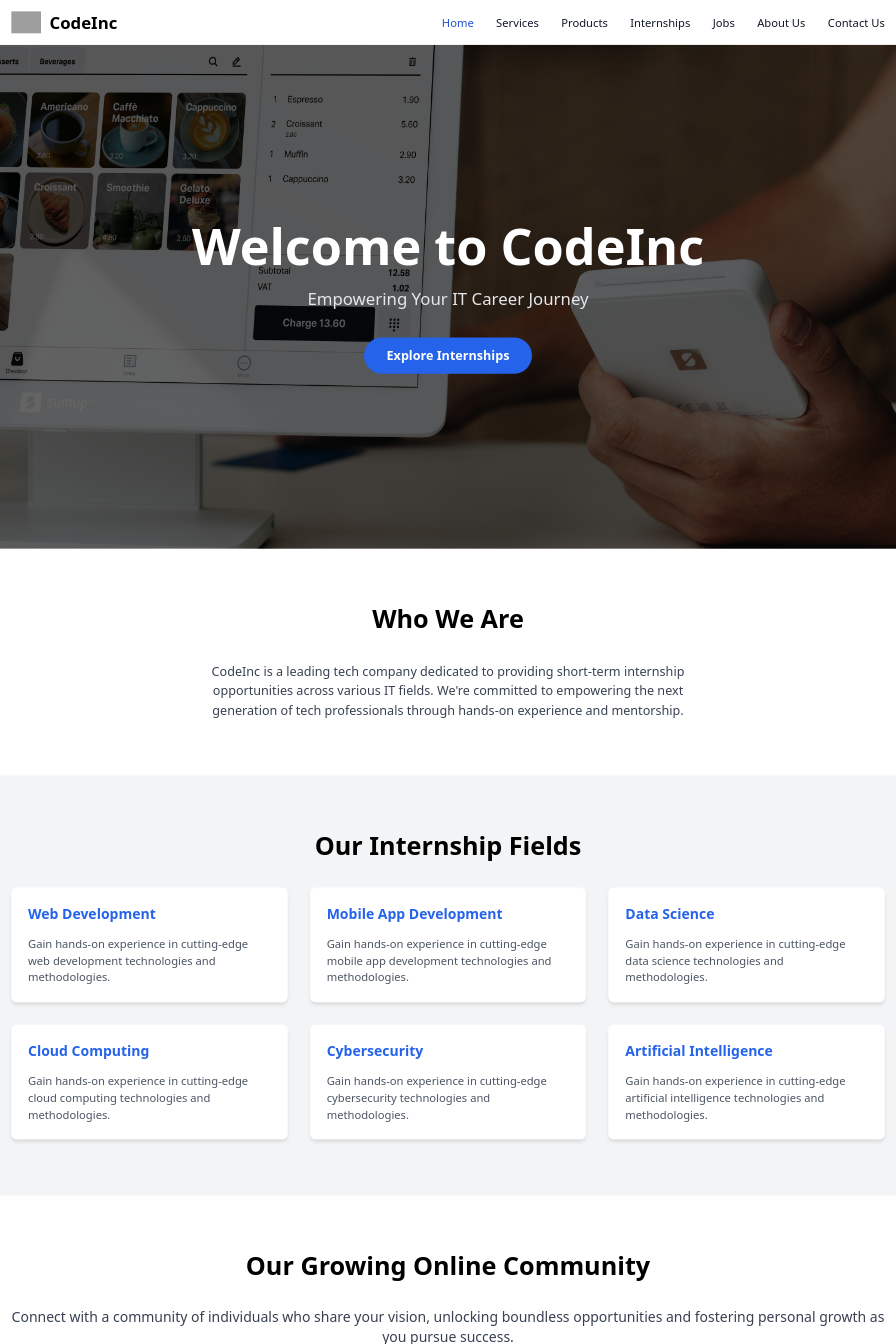
Repository: Charith117/CodeInc-Project
Page: / (app in frontend/)
These files come from the project's save history. The page is drawn as it stood at one moment and after the next save; the edit follows.
The browser window is 1280 px wide. The pictures show the part of the page from y = 0 to 1920 px (the page is 3510 px tall), at 70% of full size.
Pictures or frames that could not be fetched are drawn as grey boxes. The page's requests for data from a server got no answer. The project was rebuilt for these pictures with package versions that can differ from the ones it lists, and the page was loaded fresh each time. No one was signed in, and anything a server would have sent is missing. Also part of the build but not shown: frontend/vite.config.js, frontend/src/pages/Services.jsx, frontend/src/pages/Products.jsx, frontend/src/components/InternShipFieldCard.jsx, frontend/src/pages/Internships.jsx, frontend/src/pages/Jobs.jsx, frontend/src/pages/Verification.jsx, frontend/src/pages/AboutUs.jsx and 1 more.

Above is the page before, as saved 2024-09-15 16:32:20.

After the next save:
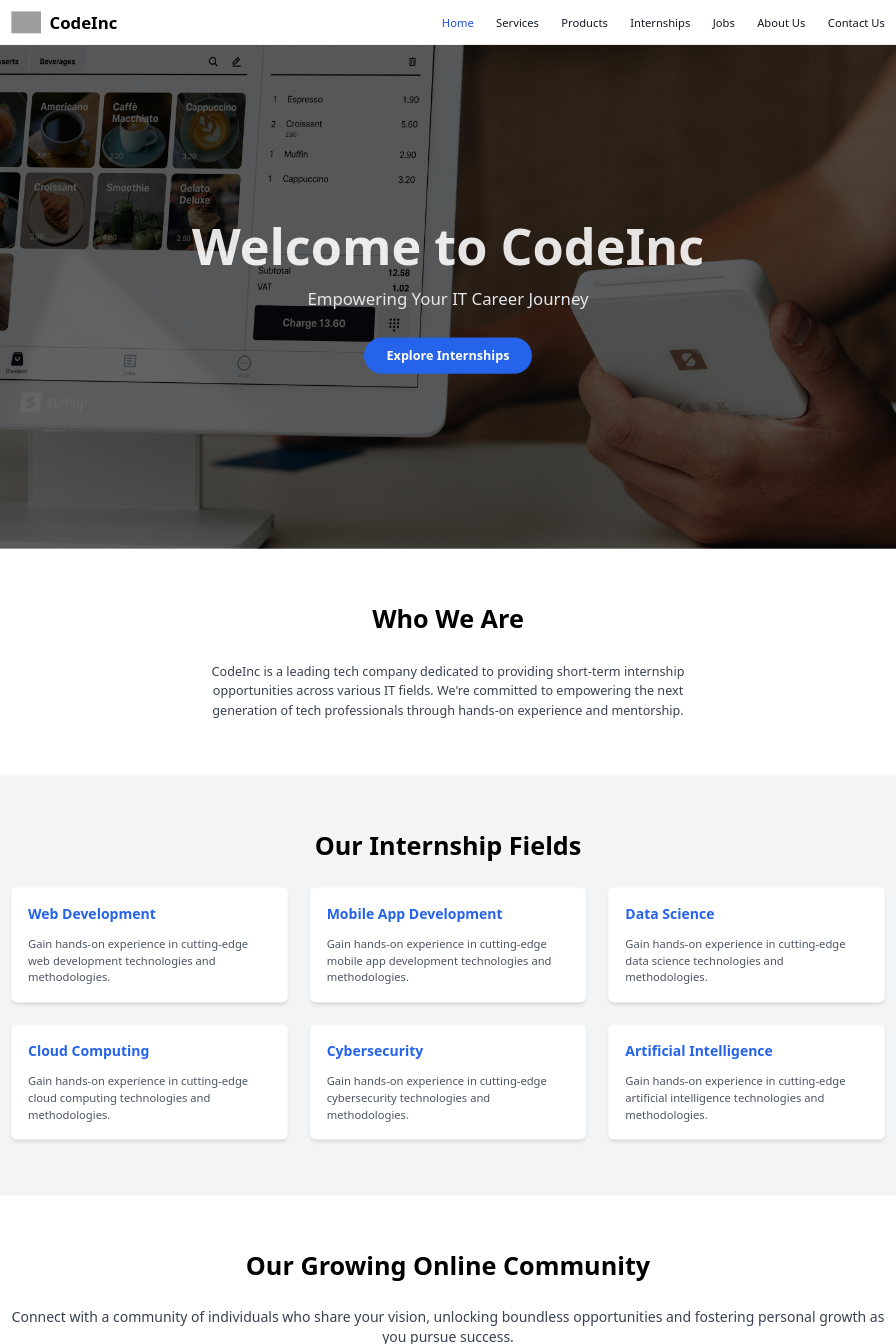
Saved 35 s later.
--- a/frontend/src/pages/Home.jsx
+++ b/frontend/src/pages/Home.jsx
@@ -50,7 +50,7 @@
         <div className="absolute inset-0 bg-center bg-cover animate-ken-burns" style={{backgroundImage: "url('hero-image.jpg')"}}></div>
         <div className="absolute inset-0 bg-black opacity-60"></div>
         <div className="relative z-10 max-w-4xl px-4 mx-auto text-center">
-          <h1 className="mb-6 text-5xl font-bold text-white md:text-7xl animate-fade-in-down">Welcome to CodeInc</h1>
+          <h1 className="mb-6 text-5xl font-bold text-white md:text-7xl animate-fade-in-down animate-pulse">Welcome to CodeInc</h1>
           <p className="mb-10 text-xl text-gray-200 md:text-2xl animate-fade-in-up">Empowering Your IT Career Journey</p>
           <a
             href="#internships"
